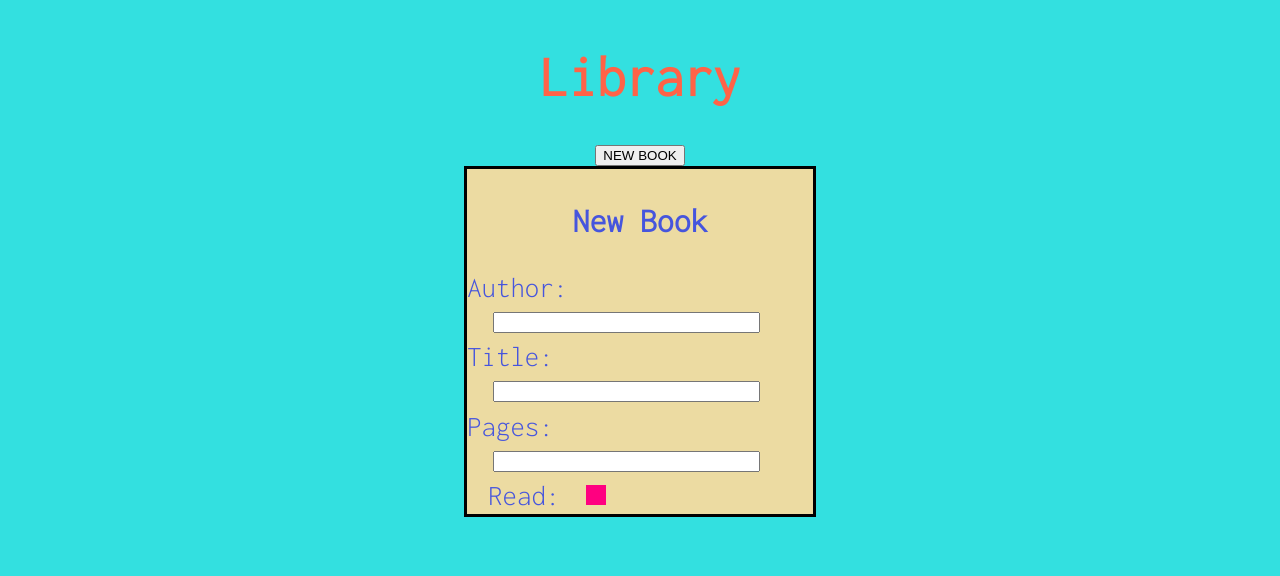
Repository: 0101chaitanya/Library
Page: index.html
An editor plug-in stored every save of this project. The page is shown before and after the next save, followed by the edit.
The browser window is 1280 px wide. The pictures show the whole page.

Above is the page before, as saved 2021-06-02 14:56:11.

After the next save:
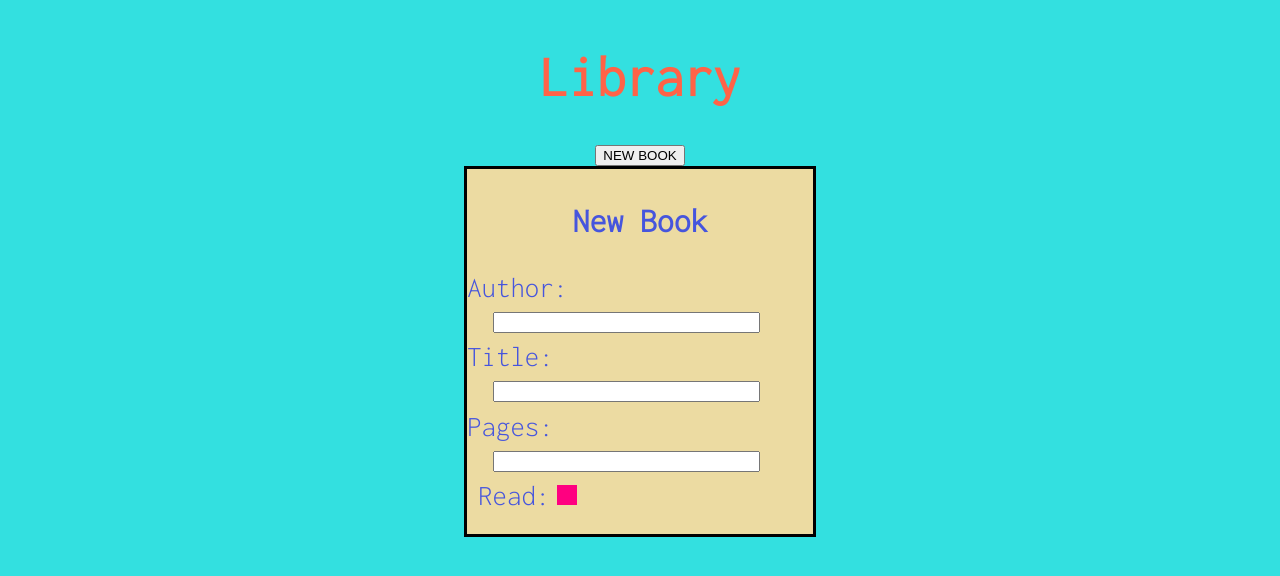
Saved 67 s later.
--- a/styles.css
+++ b/styles.css
@@ -61,7 +61,7 @@
       right: 3.9rem;
   }
 
-  #readInput::after {
+  .checkMark {
       content: "";
       position: relative;
       display: inline-block;
